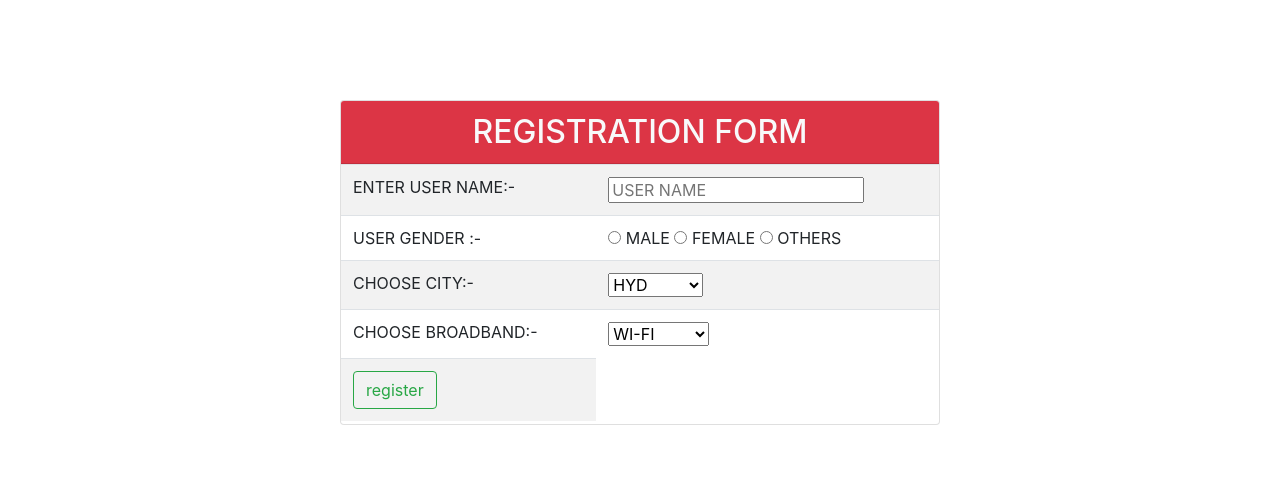
Repository: REDDI-BHARGAV/project
Page: http://localhost/PROJECT/
These files come from the project's save history. The page is drawn as it stood at one moment and after the next save; the edit follows.
The browser window is 1280 px wide. The pictures show the whole page.
The page is served by Tomcat 9. Other server files are loaded and not shown.

Above is the page before, as saved 2022-07-26 11:47:32.

### PROJECT/src/main/webapp/index.jsp
<%@ page language="java" contentType="text/html; charset=UTF-8"
    pageEncoding="UTF-8"%>
<html>
<head>
<meta charset="ISO-8859-1">
<title>CGI</title>
<style>
#div {
	height: 325px;
	width: 600px;
	margin: auto;
	margin-top: 100px;
}
</style>
<link rel="stylesheet"
	href="https://cdn.jsdelivr.net/npm/bootstrap@4.0.0/dist/css/bootstrap.min.css"
	integrity="sha384-Gn5384xqQ1aoWXA+058RXPxPg6fy4IWvTNh0E263XmFcJlSAwiGgFAW/dAiS6JXm"
	crossorigin="anonymous">
</head>
<body class="container-fluid">
	<div class="card" id="div">
		<form action="register" method="post">
			<table class="table table-hover table-striped">
				<h2 class="card-header text-center bg-danger text-light">REGISTRATION
					FORM</h2>
				<tr>
					<td>ENTER USER NAME:-</td>
					<td><input type="text" name="name" placeholder="USER NAME" width="auto"></td>
				</tr>
				<tr>
					<td>USER GENDER :-</td>
					<td><input type="radio" name="gender" value="MALE"> MALE
					<input type="radio" name="gender" value="FEMALE"> FEMALE
					<input type="radio" name="gender" value="OTHERS"> OTHERS</td>


				</tr>
				<tr>
					<td>CHOOSE CITY:-</td>
					<td><select name="location">
							<option value="hyd ">HYD</option>
							<option value="chn ">CHENNAI</option>
							<option value="pune ">PUNE</option>
							<option value="mbm ">MUMBAI</option>
					</select></td>
				</tr>
				<tr>
					<td>CHOOSE BROADBAND:-</td>
					<td><select name="broadband">
							<option value="wifi ">WI-FI</option>
							<option value="chn ">INTERNET</option>
							<option value="pune ">HOTSPOT</option>
					</select></td>
				</tr>

				<tr>
					<td><input type="submit" value="register" class=" btn btn-outline-success"></td>
				</tr>

			</table>

		</form>

	</div>

</body>
</html>

After the next save:
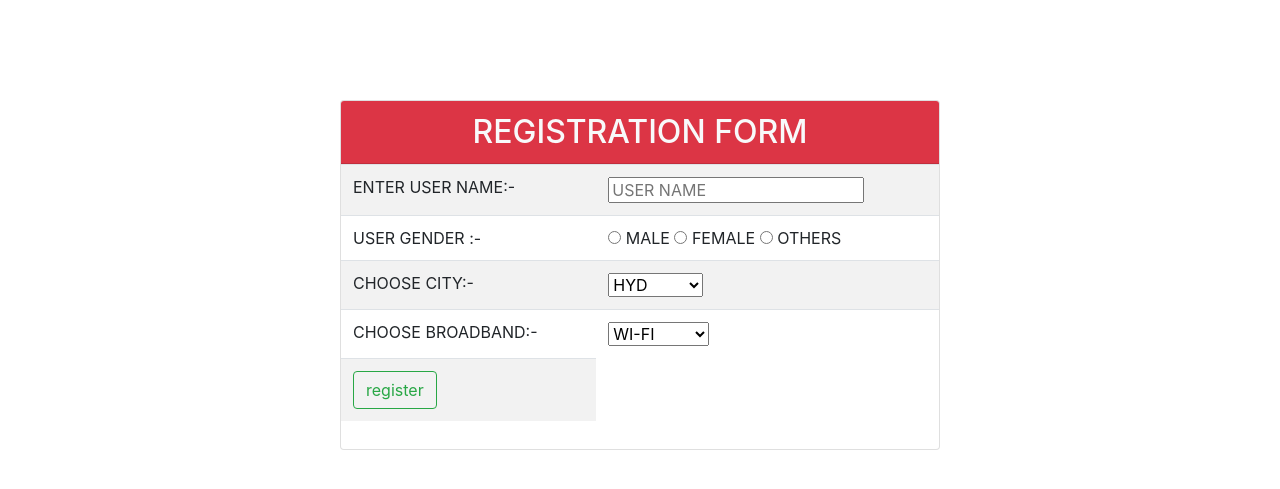
Saved 15 s later.
--- a/PROJECT/src/main/webapp/index.jsp
+++ b/PROJECT/src/main/webapp/index.jsp
@@ -6,7 +6,7 @@
 <title>CGI</title>
 <style>
 #div {
-	height: 325px;
+	height: 350px;
 	width: 600px;
 	margin: auto;
 	margin-top: 100px;
